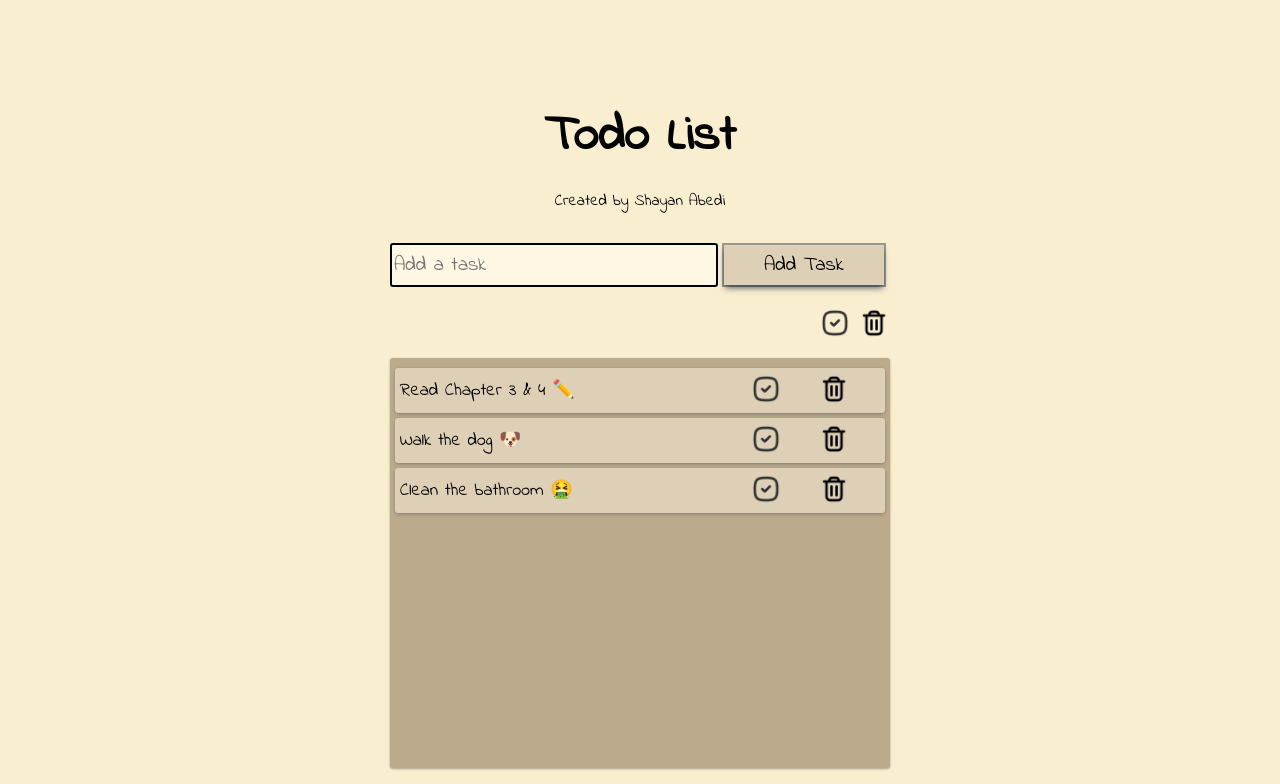
Repository: shayanabedi98/todo-list
Page: /
The author's editor kept a copy of each file at every save. The page is drawn from the files as they stood at one save, then again after the next save.
The browser window is 1280 px wide. The pictures show the whole page.
The project was rebuilt for these pictures with package versions that can differ from the ones it lists, and the page was loaded fresh each time. Also part of the build but not shown: vite.config.js.

Above is the page before, as saved 2023-12-30 17:30:13.

### index.html
<!doctype html>
<html lang="en">
  <head>
    <meta charset="UTF-8" />
    <link rel="icon" type="image/svg+xml" href="./src/assets/pencil-svgrepo-com.png" />
    <meta name="viewport" content="width=device-width, initial-scale=1.0" />
    <link rel="preconnect" href="https://fonts.googleapis.com">
    <link rel="preconnect" href="https://fonts.gstatic.com" crossorigin>
    <link href="https://fonts.googleapis.com/css2?family=Indie+Flower&display=swap" rel="stylesheet">
    <title>Todo List</title>
  </head>
  <body>
    <div id="root"></div>
    <script type="module" src="/src/main.jsx"></script>
  </body>
</html>

### src/App.jsx
import { useState } from "react";
import { v4 as uuid } from "uuid";
import TodoList from "./TodoList";
import CreateTask from "./CreateTask";
import AffectAll from "./AffectAll";

function App() {
  const [list, setList] = useState([
    { id: uuid(), text: "Read Chapter 3 & 4 ✏️", completed: false },
    { id: uuid(), text: "Walk the dog 🐶", completed: false },
    { id: uuid(), text: "Clean the bathroom 🤮", completed: false },
  ]);
  const [input, setInput] = useState("");

  const addTask = () => {
    if (input.trim() !== "") {
      setList([...list, { id: uuid(), text: input, completed: false }]);
      setInput("");
    }
  };

  const handleChange = (event) => {
    setInput(event.target.value);
  };

  const handleDelete = (taskID) => {
    const newList = list.filter((task) => {
      return task.id !== taskID;
    });
    setList(newList);
  };

  const handleComplete = (taskID) => {
    const newList = list.map((task) => {
      if (task.id === taskID) {
        return { ...task, completed: !task.completed };
      } else {
        return task;
      }
    });
    setList(newList);
  };

  const clearAll = () => {
    setList([]);
  };

  const completeAll = () => {
    const isItCompleted = list.some((task) => !task.completed);
    const newList = list.map((task) => ({ ...task, completed: isItCompleted }));
    setList(newList)
  };

  return (
    <>
      <h1>Todo List</h1>
      <p id="developer">Created by Shayan Abedi</p>
      <CreateTask handleChange={handleChange} input={input} addTask={addTask} />
      <AffectAll clearAll={clearAll} completeAll={completeAll} />
      <TodoList
        list={list}
        handleDelete={handleDelete}
        handleComplete={handleComplete}
      />
    </>
  );
}

export default App;

### src/index.css
body {
  background-color: #FAEED1;
  font-family: 'Indie Flower', cursive;
}

h1 {
  font-size: 50px;
  margin-top: 100px;
  margin-bottom: 0;
  text-align: center;
}

.create-task {
  display: grid;
  place-items: center;
  align-content: center;
  grid-template-columns: 1fr 1fr;
  margin: 30px auto 0 auto;
}

.create-task input {
  background-color: #FDF7E4;
  border: 2px solid black;
  border-radius: 3px;
  font-size: 20px;
  height: 38px;
  width: 320px;
  font-family: 'Indie Flower', cursive;
}

.create-task button {
  background-color: #DED0B6;
  border: none;
  font-family: 'Indie Flower', cursive;
  height: 40px;
  width: 160px;
  font-size: 20px;
  box-shadow: rgba(6, 24, 44, 0.4) 0px 0px 0px 2px, rgba(6, 24, 44, 0.65) 0px 4px 6px -1px, rgba(255, 255, 255, 0.08) 0px 1px 0px inset;
  cursor: pointer;
}

.affect-all {
  display: flex;
  place-content: end;
  margin-top: 20px;
}

.affect-all p{
 font-size: 20px;
}

.affect-all button {
  background-color: #FAEED1;
  border: none;
  font-family: 'Indie Flower', cursive;
  height: 35px;
  width: 35px;
  margin: auto 2px;
  cursor: pointer;
}

.list ul {
 padding: 5px;
 box-shadow: rgba(0, 0, 0, 0.12) 0px 1px 3px, rgba(0, 0, 0, 0.24) 0px 1px 2px;
  border-radius: 3px;
  background-color: #BBAB8C;
  min-height: 400px;
}

.list li {
  list-style: none;
  display: grid;
  grid-template-columns: 1fr 0.2fr 0.2fr;
  background-color: #DED0B6;
  margin-top: 5px;
  margin-bottom: 5px;
  padding: 5px;
  box-shadow: rgba(50, 50, 93, 0.25) 0px 2px 5px -1px, rgba(0, 0, 0, 0.3) 0px 1px 3px -1px;
  border-radius: 3px;
  font-size: 18px;
  align-items: center;
}

#developer, h1, .create-task, .list, .affect-all {
  width: 500px;
  margin-left: auto;
  margin-right: auto;
}

.list button {
  background-color: #DED0B6;
  height: 35px;
  width: 35px;
  margin: auto 2px;
  cursor: pointer;
  border: none;
  border-radius: 3px;
}

.list img, .affect-all img {
  height: 30px;
}

#developer {
  text-align: center;
}

### src/TodoList.jsx
import React from "react";
import trash from "./assets/trash.png";
import check from "./assets/check.png";

const TodoList = ({ handleComplete, handleDelete, list }) => {
  const completedStyle = (condition) => {
    return condition
      ? {
          color: "grey",
          textDecoration: "line-through",
        }
      : {};
  };

  return (
    <div className="list">
      <ul>
        {list.map((task) => {
          return (
            <li key={task.id}>
              <span style={completedStyle(task.completed)}>{task.text}</span>
              <button id="complete" onClick={() => handleComplete(task.id)}>
                <img src={check} alt="checkmark button"/>
              </button>
              <button id="delete" onClick={() => handleDelete(task.id)}>
                <img src={trash} alt="delete button"/>
              </button>
            </li>
          );
        })}
      </ul>
    </div>
  );
};

export default TodoList;

### src/CreateTask.jsx
import React from "react";

const CreateTask = ({input, addTask, handleChange}) => {
  return (
    <div className="create-task">
      <input
        onKeyDown={(e) => e.key === 'Enter' && addTask()}
        placeholder="Add a task"
        type="text"
        onChange={handleChange}
        value={input}
      />
      <button onClick={addTask}>Add Task</button>
    </div>
  );
};

export default CreateTask;

### src/AffectAll.jsx
import React from "react";
import trash from "./assets/trash.png";
import check from "./assets/check.png";

const AffectAll = ({ clearAll, completeAll }) => {
  return (
    <div className="affect-all">
      <button onClick={completeAll}>
        <img src={check} alt="" />
      </button>
      <button onClick={clearAll}>
        <img src={trash} alt="" />
      </button>
    </div>
  );
};

export default AffectAll;

Loaded but not shown: src/main.jsx (common file)

After the next save:
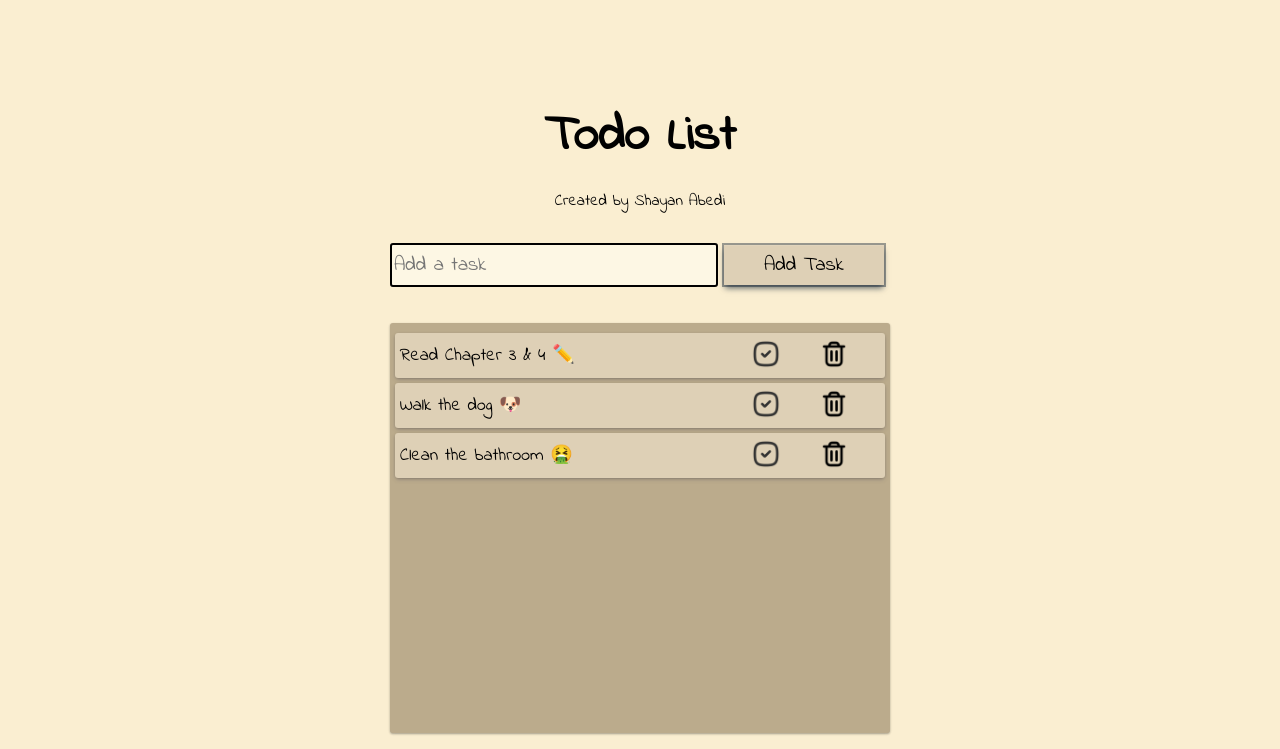
Saved 2 h 7 min later.
--- a/src/AffectAll.jsx
+++ b/src/AffectAll.jsx
@@ -4,13 +4,8 @@ import check from "./assets/check.png";
 
 const AffectAll = ({ clearAll, completeAll }) => {
   return (
-    <div className="affect-all">
-      <button onClick={completeAll}>
-        <img src={check} alt="" />
-      </button>
-      <button onClick={clearAll}>
-        <img src={trash} alt="" />
-      </button>
+    <div className="affect-all list">
+     <div></div>
     </div>
   );
 };
